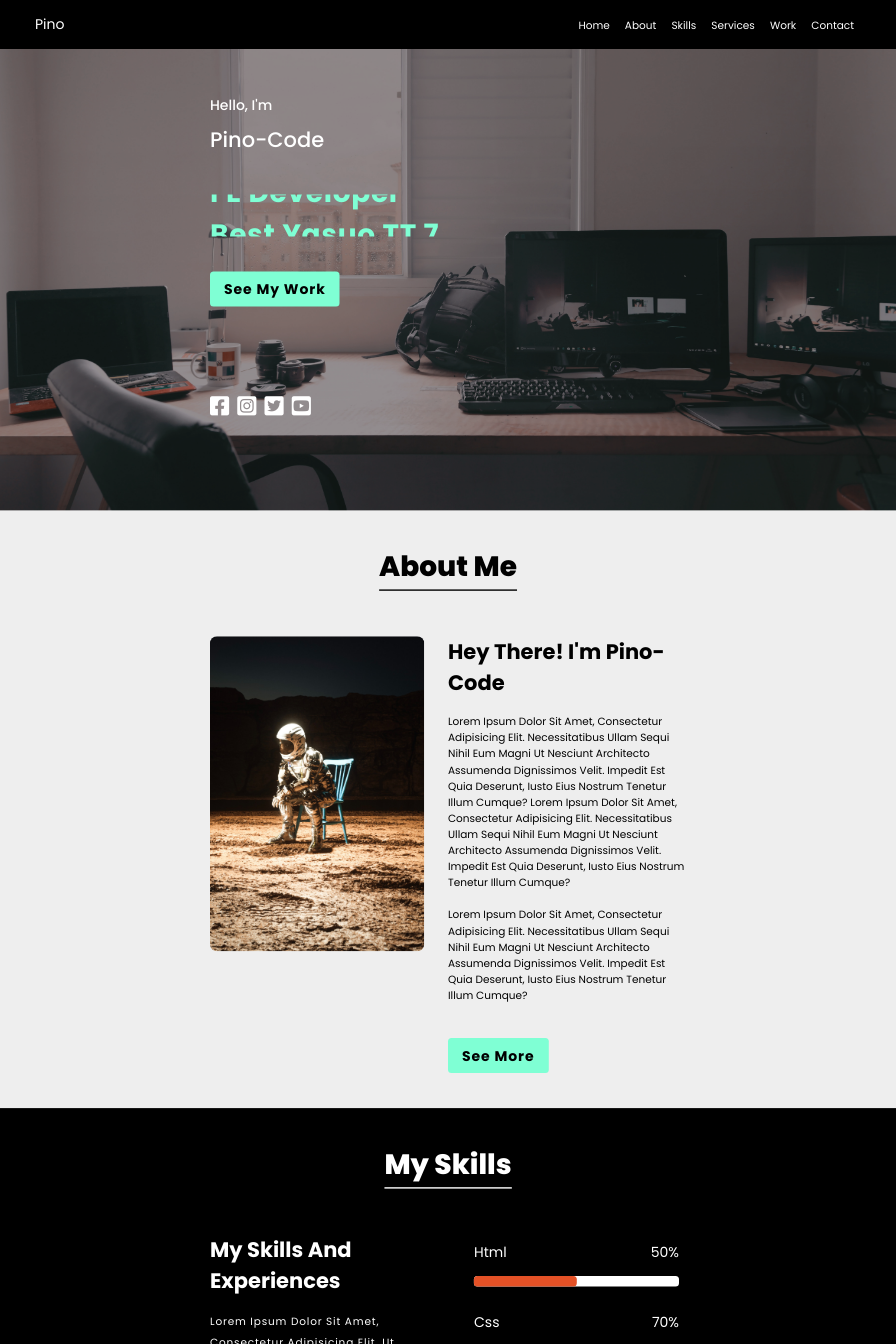
Repository: Pinocoding/New
Page: index.html
These files come from the project's save history. The page is drawn as it stood at one moment and after the next save; the edit follows.
The browser window is 1280 px wide. The pictures show the part of the page from y = 0 to 1920 px (the page is 7589 px tall), at 70% of full size.
Backgrounds fixed to the window are drawn as part of the page.

Above is the page before, as saved 2021-10-16 14:24:53.
Console error: SyntaxError: Unexpected token '}'

After the next save:
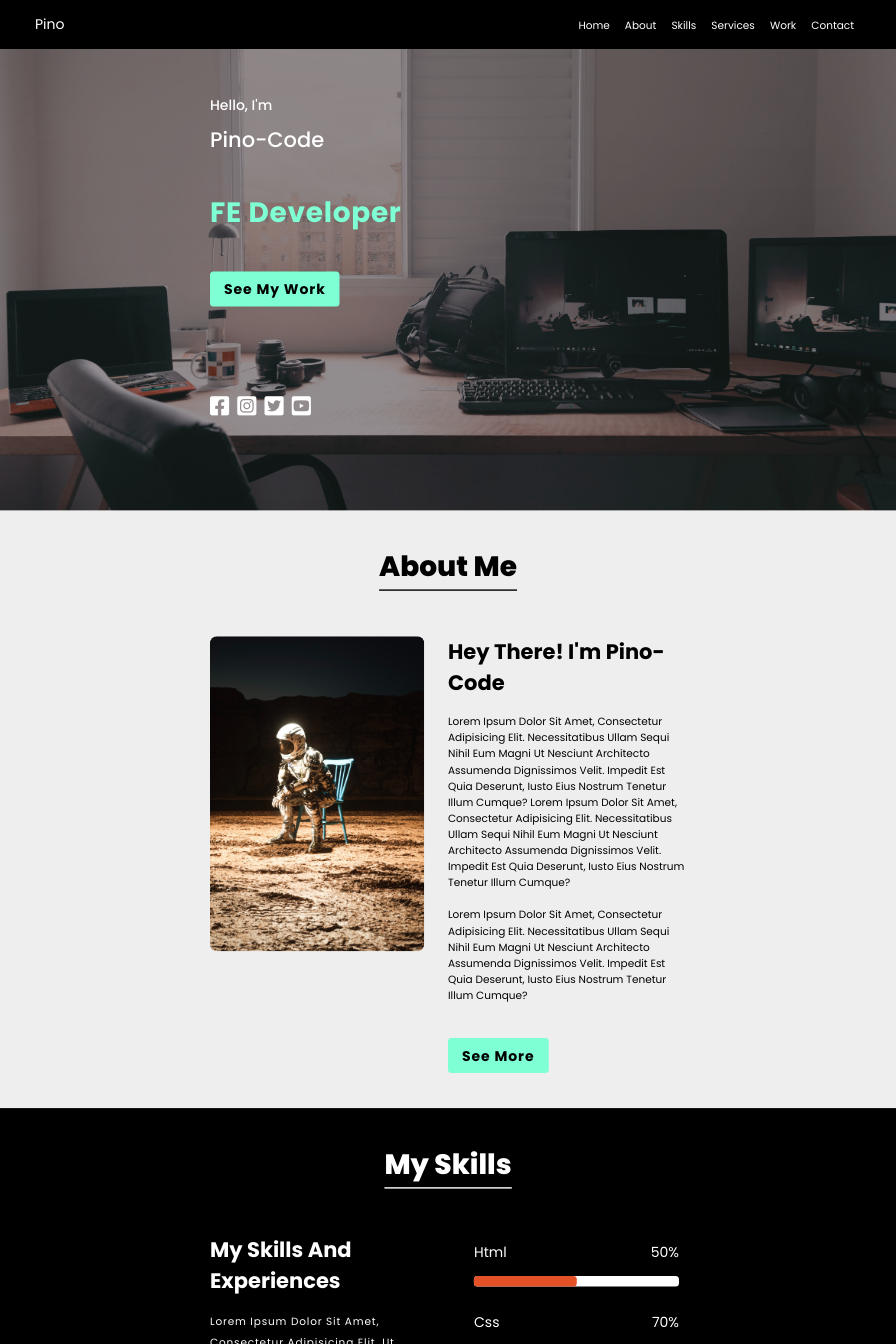
Console error: TypeError: Cannot read properties of null (reading 'length')
Saved 92 s later.
--- a/function.js
+++ b/function.js
@@ -35,5 +35,8 @@
 
 
 function reveal(){
-  var reveals=
+  var reveals=document.querySelector(".reveal");
+  for (var i = 0 ;i <reveals.length;i++){
+    var windowheigth
+  }
 }

After the 5 saves that followed:
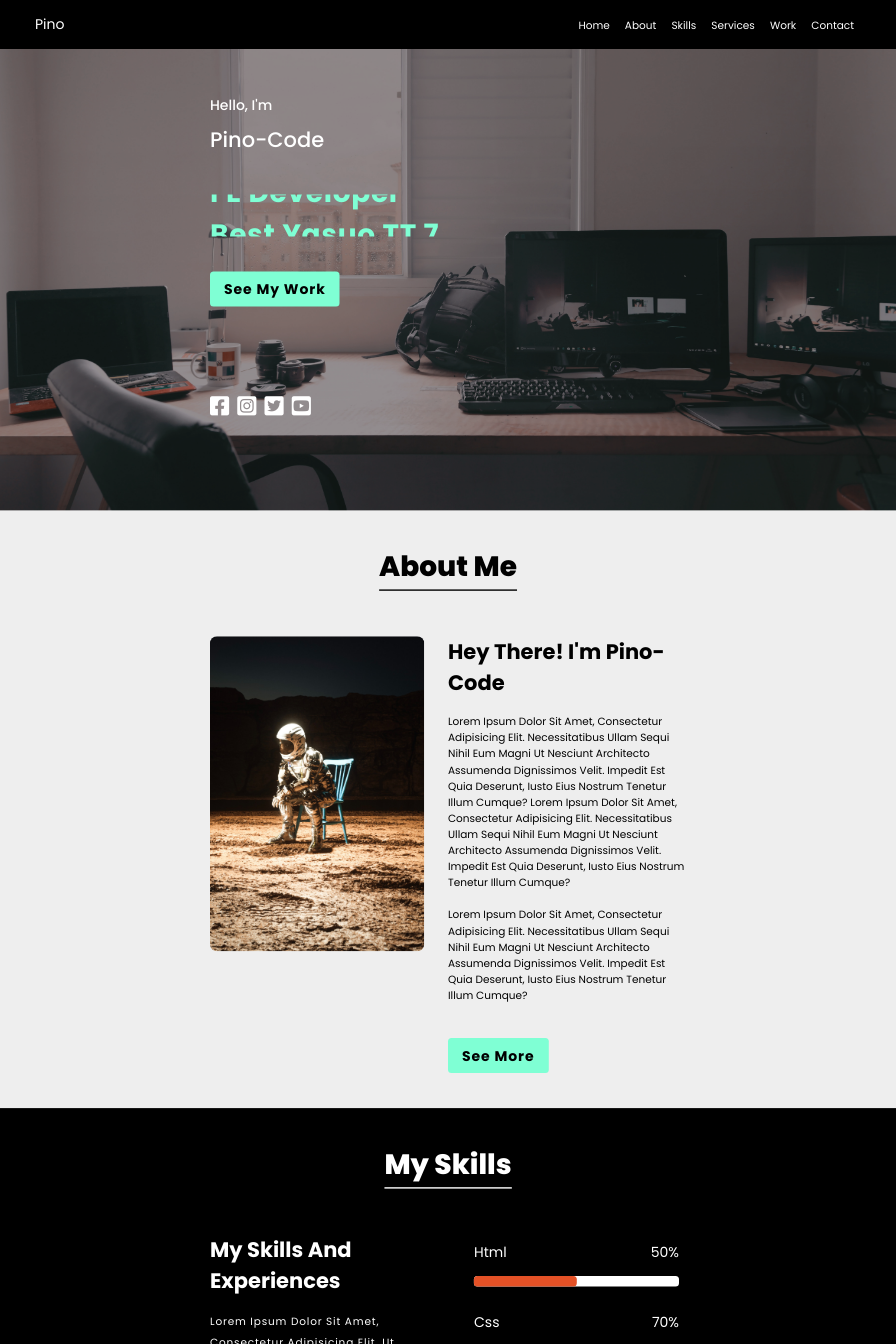
Console error: SyntaxError: Unexpected token '}'
The 5 saves are shown as one change because 4 left the picture as it was.
The last was saved 102 s later.
--- a/function.js
+++ b/function.js
@@ -33,10 +33,12 @@
 //
 window.addEventListener("scroll", reveal);
 
-
-function reveal(){
-  var reveals=document.querySelector(".reveal");
-  for (var i = 0 ;i <reveals.length;i++){
-    var windowheigth
+function reveal() {
+  var reveals = document.querySelector(".reveal");
+  for (var i = 0; i < reveals.length; i++) {
+    var windowHeigth = window.innerHeight;
+    var revealTop = reveal[i].getBoundingClientRect().top;
+    var revealPoint = 50;
+    if (revealTop<windowHeigth)
   }
 }
